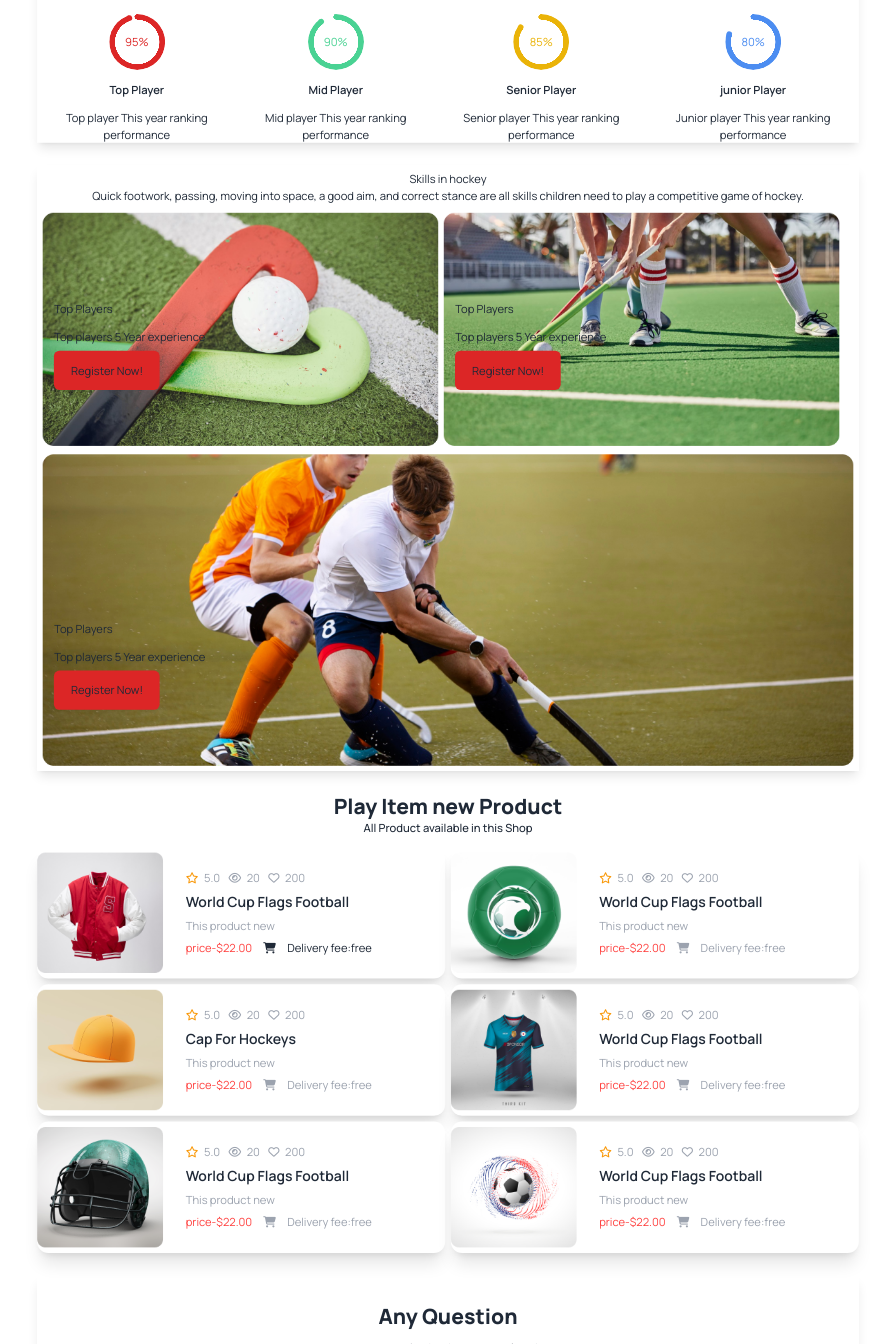
Repository: sumonkumarsarkar/bd-hockeys-team
Page: index.html
These files come from the project's save history. The page is drawn as it stood at one moment and after the next save; the edit follows.
The browser window is 1280 px wide. The pictures show the part of the page from y = 950 to 2870 px (the page is 4508 px tall before and 4520 px after), at 70% of full size.
Some web libraries are served in a nearby version.

Above is the page before, as saved 2024-01-24 19:58:40.

After the next save:
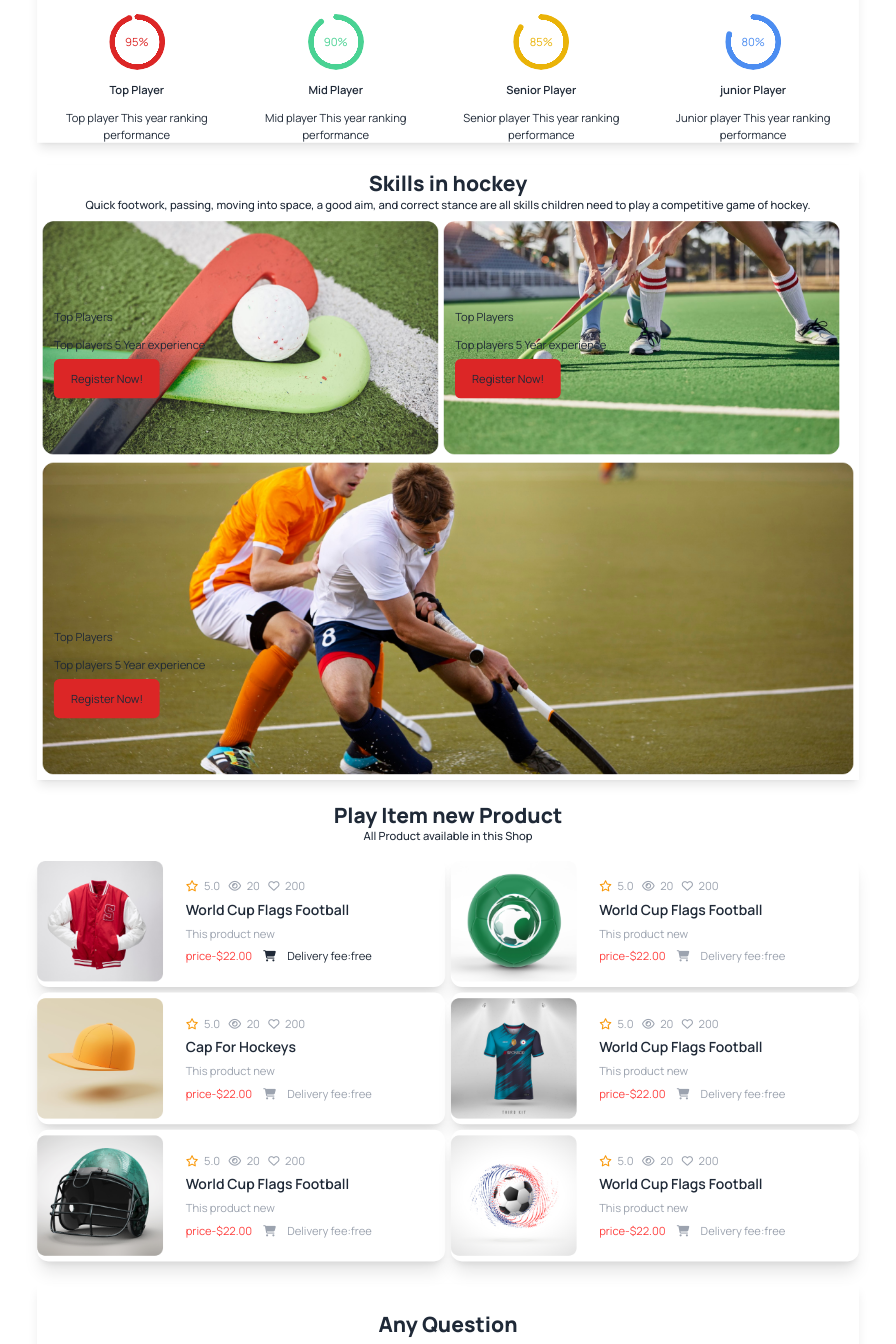
Saved 35 s later.
--- a/index.html
+++ b/index.html
@@ -150,8 +150,8 @@
 <!-- banner section start  -->
    <!-- text part  -->
    <div class="text-center">
-    <h2>Skills in hockey</h2>
-    <p>Quick footwork, passing, moving into space, a good aim, and correct stance are all skills children need to play a competitive game of hockey.</p>
+    <h2 class="font-extrabold text-3xl space-y-4">Skills in hockey</h2>
+    <p class="font-medium">Quick footwork, passing, moving into space, a good aim, and correct stance are all skills children need to play a competitive game of hockey.</p>
    </div>
 
  <!-- banner part  -->
